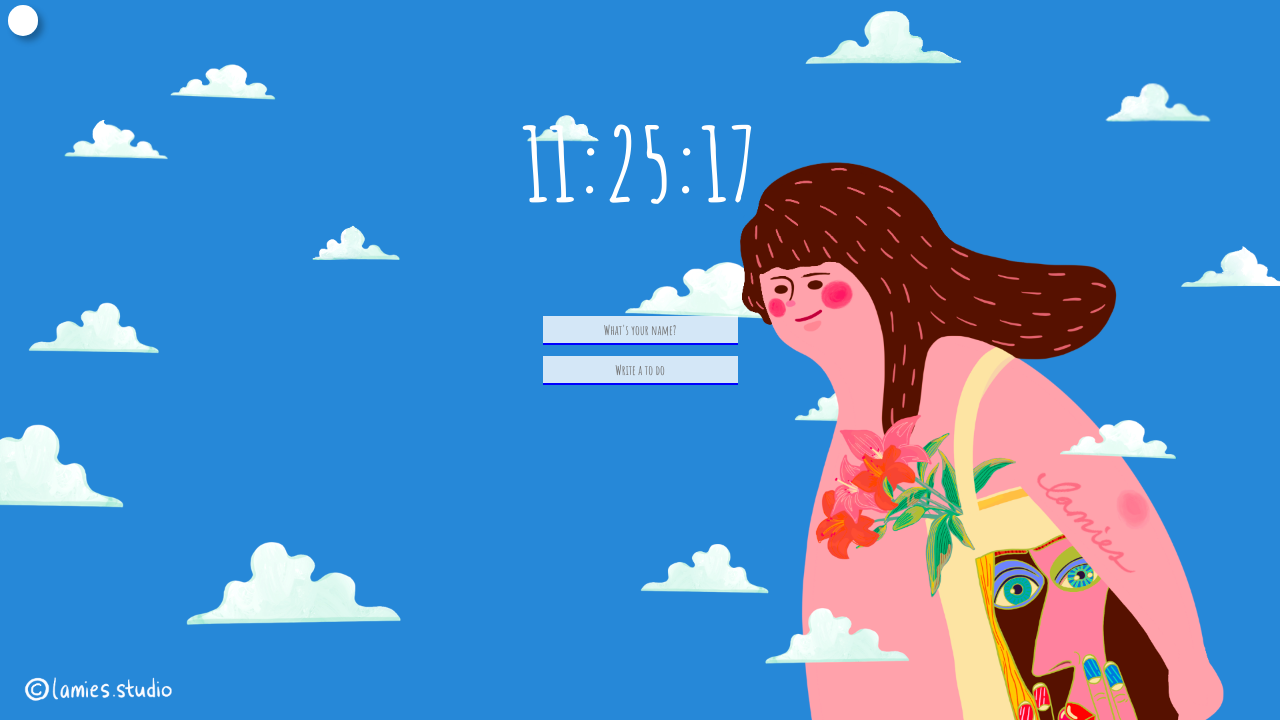
Repository: haleyjung/chrome_app
Page: index.html
An editor plug-in stored every save of this project. The page is shown before and after a run of saves, followed by the edit.
The browser window is 1280 px wide. The pictures show the whole page.

Above is the page before, as saved 2020-11-23 16:22:35.

After the next 2 saves:
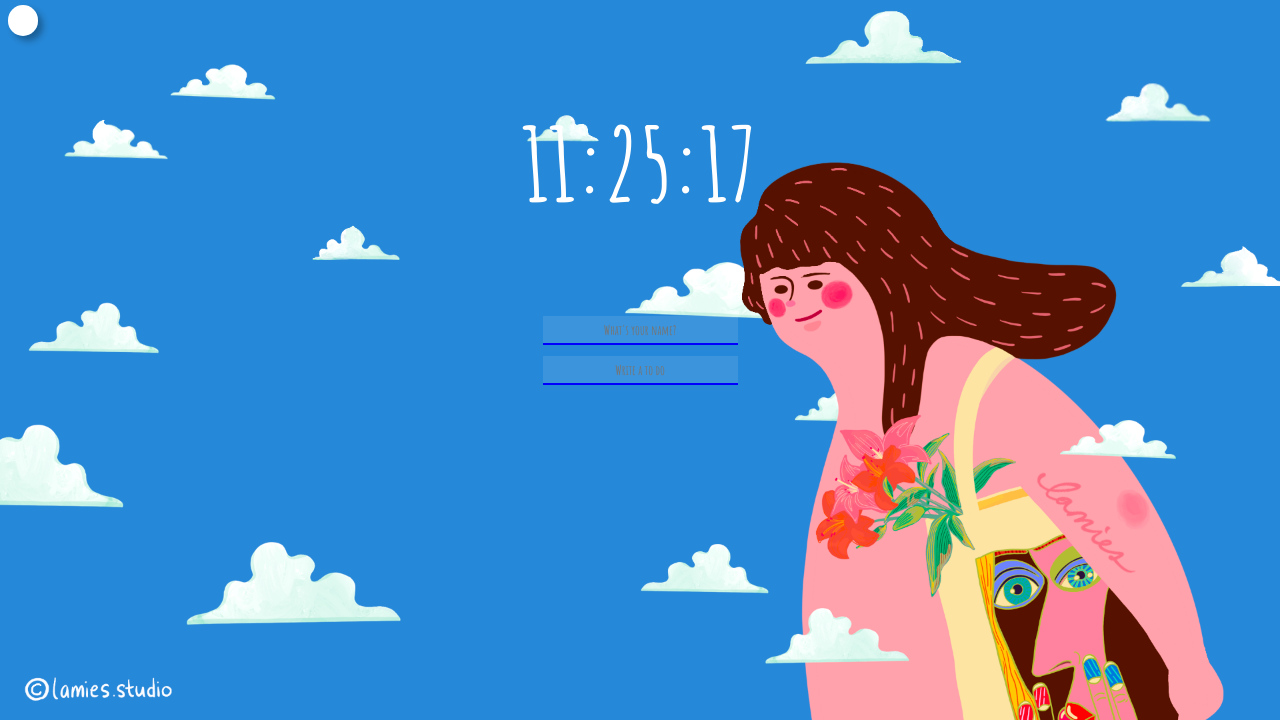
The 2 saves are shown as one change because they came seconds apart.
The last was saved 25 s later.
--- a/index.css
+++ b/index.css
@@ -57,7 +57,7 @@ input {
   border: none;
   outline: none;
   border-bottom: 2px solid blue;
-  background-color: rgba(255, 255, 255, 0.8);
+  background-color: rgba(255, 255, 255, 0.1);
   padding: 5px 40px;
 }
 
